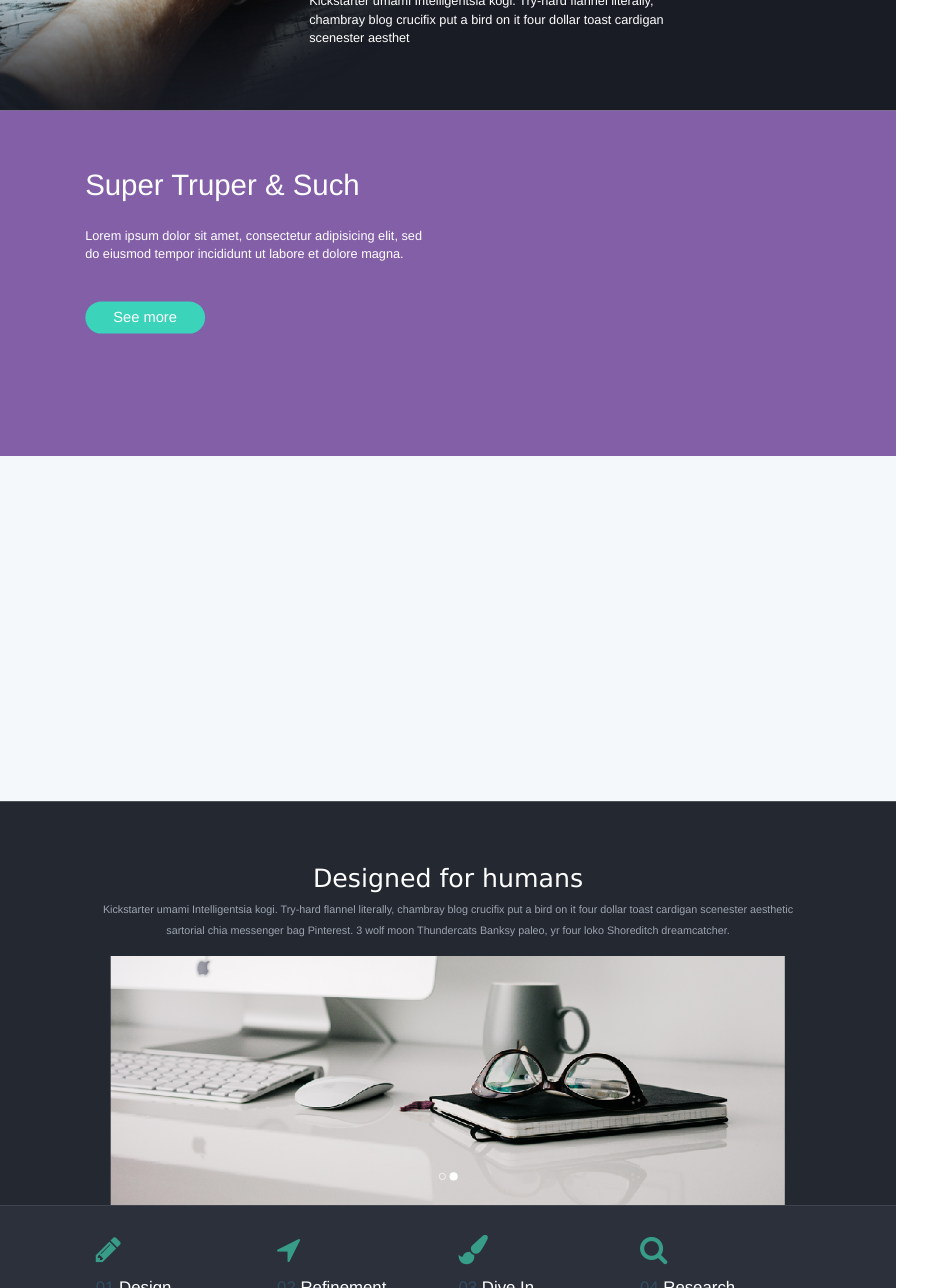
Repository: KatarzynaOwczarska/Tork
Page: Tork/WebContent/index.html
These files come from the project's save history. The page is drawn as it stood at one moment and after the next save; the edit follows.
The browser window is 1280 px wide. The page is 1321 px wide, so the pictures cover 1321 px, including what lies to the right of the window. The pictures show the part of the page from y = 411 to 2251 px (the page is 4699 px tall), at 70% of full size.
Backgrounds fixed to the window are drawn as part of the page.

Above is the page before, as saved 2017-02-06 13:53:16.

### Tork/WebContent/index.html
<!DOCTYPE html>
<html>
<head>
	<meta charset="UTF-8">
	<title>Tork</title>
	<link rel="stylesheet" type="text/css" href="./css/bootstrap.min.css">
	<link rel="stylesheet" type="text/css" href="./css/style.css">
	<link rel="stylesheet" href="./css/font-awesome.min.css">
	<link rel="stylesheet" href="./css/animate.css" type="text/css">
	<script src="./js/jquery-3.1.1.min.js"></script>
	<script src="./js/bootstrap.min.js"></script>
	<script src="./js/jquery.viewportchecker.min.js"></script>
	<script src="./js/scrollreveal.min.js"></script>
</head>
<body>
<div class="container-fluid">
	<div class="row">
		<div id="zegarek" class="col-xs-12" >
				<header>
					<div class="col-xs-1">
						<span id="nav" class="fa fa-bars fa-2x" aria-hidden="true"></span>
					</div>
					<div class="col-xs-offset-1 col-xs-9 col-lg-offset-7 col-lg-3">
						<input id="search" type="search" placeholder="search">
						<button id="buy-it">Buy it</button>
					</div>
				</header>
			<div class="col-xs-12 col-sm-offset-4 col-sm-6">
				<h1 id="naglowek"> Building bulletproof <br>fucking apps</h1>
				<p id="napis"><br>Kickstarter umami Intelligentsia kogi. Try-hard flannel literally, chambray blog crucifix put a bird on it four dollar toast cardigan scenester aesthet</p>
			</div>
			<div data-animate="bounceInDown"id="telefon" class="col-md-offset-6 col-md-6 hidden-xs hidden-sm">
				<img src="./telefon.png" height="550" width="430">
			</div>
		</div>
	</div>
	<div id=fiolet class="row">
			<div  id="super" class="col-md-5 col-md-offset-1 col-xs-offset-2 col-xs-8">
				<h2 id="super-truper">Super Truper & Such</h2>
				<p id="napis2"><br>Lorem ipsum dolor sit amet, consectetur adipisicing elit, sed do eiusmod tempor incididunt ut labore et dolore magna.</p>
				<button id="przycisk">See more</button>
			</div>
	</div>
	<div id="trzy-kolumny" class="row">
			<div data-animate="fadeIn" class="col-xs-10 col-xs-offset-1">
				<div class="col-xs-12 col-md-4">
					<h2 id="design-features">Design & Features</h2>
					<br>
					<p id="design-features-p">Flannel ennui narwhal, craft beer twee Vice plaid authentic synth.</p>
					<br>
					<p id="miedzy-liniami">Kickstarter umami Intelligentsia kogi. Try-hard flannel literally, chambray blog crucifix put a bird on it four dollar toast cardigan scenester aesthetic sartorial chia messenger bag Pinterest.</p>
					<br>
					<button id="przycisk">See more</button>
				</div>
				<div class="col-xs-12 col-md-4">
					<h2 id="design-features">Design & Features</h2>
					<br>
					<p id="design-features-p">Flannel ennui narwhal, craft beer twee Vice plaid authentic synth.</p>
					<br>
					<p id="miedzy-liniami">Kickstarter umami Intelligentsia kogi. Try-hard flannel literally, chambray blog crucifix put a bird on it four dollar toast cardigan scenester aesthetic sartorial chia messenger bag Pinterest.</p>
					<br>
					<button id="przycisk">See more</button>
				</div>
				<div class="col-xs-12 col-md-4">
					<h2 id="design-features">Design & Features</h2>
					<br>
					<p id="design-features-p">Flannel ennui narwhal, craft beer twee Vice plaid authentic synth.</p>
					<br>
					<p id="miedzy-liniami">Kickstarter umami Intelligentsia kogi. Try-hard flannel literally, chambray blog crucifix put a bird on it four dollar toast cardigan scenester aesthetic sartorial chia messenger bag Pinterest.</p>
					<br>
					<button id="przycisk">See more</button>
				</div>
			</div>
	</div>
	<div id="czarny" class="row">
			<div class="col-xs-offset-1 col-xs-10">
				<h1 id="for-humans">Designed for humans</h1>
				<p id="wysrodkowany">Kickstarter umami Intelligentsia kogi. Try-hard flannel literally, chambray blog crucifix put a bird on it four dollar toast cardigan scenester aesthetic sartorial chia messenger bag Pinterest. 3 wolf moon Thundercats Banksy paleo, yr four loko Shoreditch dreamcatcher.</p>
				<div id="myCarousel" class="carousel slide" data-ride="carousel">
	 				<ol class="carousel-indicators">
					    <li data-target="#myCarousel" data-slide-to="0" class="active"></li>
					    <li data-target="#myCarousel" data-slide-to="1"></li>
					</ol>
	 				<div class="carousel-inner" role="listbox">
	      				<div class="item active">
	        				<img src="./rozowy-obrazek.png">
	        			</div>
	      				<div class="item">
	        				<img src="./komputer.png">
	      				</div>
	    			</div>
				</div>
			</div>
	</div>
	<div id="szary" class="row">
			<div id="margines-ikonki" class="col-xs-10 col-xs-offset-1">
				<div class="col-xs-12 col-md-3">
					<span id="ikonka" class="fa fa-pencil fa-3x" aria-hidden="true"></span>
					<h3>01<span id="span-kolor"> Design</span></h3>
					<br>
					<p id="napis-szary">Scenester PBR deep v jean shorts typewriter. Sustainable keytar Tumblr, authentic mustache locavore scenester gentrify meh banjo fanny pack health goth. Four dollar toast scenester XOXO crucifix, mumblecore banh mi yr cold-pressed Bushwick.</p>
					<p id="test"></p>
				</div>
				<div class="col-xs-12 col-md-3">
					<span id="ikonka" class="fa fa-location-arrow fa-3x" aria-hidden="true"></span>
					<h3>02<span id="span-kolor"> Refinement</span></h3>
					<br>
					<p id="napis-szary">Scenester PBR deep v jean shorts typewriter. Sustainable keytar Tumblr, authentic mustache locavore scenester gentrify meh banjo fanny pack health goth. Four dollar toast scenester XOXO crucifix, mumblecore banh mi yr cold-pressed Bushwick.</p>
				</div>
				<div class="col-xs-12 col-md-3">
					<span id="ikonka" class="fa fa-paint-brush fa-3x" aria-hidden="true"></span>
					<h3>03<span id="span-kolor"> Dive In</span></h3>
					<br>
					<p id="napis-szary">Scenester PBR deep v jean shorts typewriter. Sustainable keytar Tumblr, authentic mustache locavore scenester gentrify meh banjo fanny pack health goth. Four dollar toast scenester XOXO crucifix, mumblecore banh mi yr cold-pressed Bushwick.</p>
				</div>
				<div class="col-xs-12 col-md-3">
					<span id="ikonka" class="fa fa-search fa-3x" aria-hidden="true"></span>
					<h3>04<span id="span-kolor"> Research</span></h3>
					<br>
					<p id="napis-szary">Scenester PBR deep v jean shorts typewriter. Sustainable keytar Tumblr, authentic mustache locavore scenester gentrify meh banjo fanny pack health goth. Four dollar toast scenester XOXO crucifix, mumblecore banh mi yr cold-pressed Bushwick.</p>
				</div>
			</div>
	</div>
	<div id="szary-jasny" class="row">
			<div class="col-xs-12 col-md-4 col-md-offset-1">
				<h1 id="conectivity">Conectivity</h1>
				<p id="napis-zegarek">Flannel ennui narwhal, craft beer twee Vice plaid authentic synth Intelligentsia stumptown gluten-free drinking vinegar Schlitz mixtape.</p>
				<p id="napis-zegarek-maly">Kickstarter umami Intelligentsia kogi. Try-hard flannel literally, chambray blog crucifix put a bird on it four dollar toast cardigan scenester aesthetic sartorial chia messenger bag Pinterest.</p>
				<p id="test2"></p>
			</div>
			<div id="zegarek-czysty" class="col-xs-12 col-md-7"><img id="obrazek" src="./zegarek-czysty.png" height="500" width="788"></div>
	</div>
	<div id="filmik" class="row">
			<div id="padding-telefon" class="col-xs-12 col-md-offset-1 col-md-4"><img src="./telefon-reka.png" height="400" width="500"></div>
			<div id="obok-filmu" class="col-md-7 col-xs-12">
				<div class="col-xs-9 col-xs-offset-1">
					<p id="data">12th June 2015</p>
					<p id="lorem-ipsum">Lorem ipsum dolor sit amet, cotur adipisicing elit sed do eiusmod tempor incididunt ut labore et dolore</p>
				</div>
			</div>
			<div id="komentarze" class="col-xs-12 col-md-4 col-md-offset-1">
				<div class="col-md-11 col-xs-10 col-xs-offset-1">
					<h2>Lorem ipsum dolor sit amet, consectetur adipisicing elit</h2>
					<p>Lorem ipsum dolor sit amet, consectetur adipisicing elit, sed do eiusmod tempor incididunt ut labore et dolore magna aliqua. Ut enim ad minim veniam, quis nostrud exercitation ullamco</p>
					<button id="przycisk" class="visible-xs visible-sm">Read more</button>
				</div>
			</div>
			<div id="telefony" class="col-md-5 hidden-xs hidden-sm"></div>
	</div>
	<div id="reka" class="row">
		<div id="fioletowy-napis" class="col-xs-12 col-md-5">
			<p>Ut enim ad minim veniam, quis nostrud exercitation ullamco laboris. Nisi ut aliquip ex ea commodo.</p>
		</div>
	</div>
	<div id="stopka" class="row">
			<div id="margines" class="col-xs-12 col-md-5 col-md-offset-1">
				<p>Get in touch</p><br>
				<p id="napis-szary">Lorem ipsum dolor sit amet, consectetur adipisicing elit, sed do eiusmod tempor incididunt ut labore et dolore magna aliqua. Ut enim ad minim veniam, quis nostrud exercitation ullamco laboris nisi ut aliquip ex ea commodo consequat.</p>
			</div>
			<div id="margines" class="col-xs-12 col-md-5 col-md-offset-1">
				<p>Stay in touch</p>
				<form action="#" class="form-inline">
					<div class="form-group">
						<div class="input-group">
							<div><input id="pole" type="email" placeholder="Enter your email" class="form-control"></div>
							<div id="submit" class="input-group-addon"><button id="submit" type="submit" value=""><span class="fa fa-check fa-3x"></span></button></div>
						</div>
					</div>
				</form>
				<p id="pod-polem">Lorem ipsum dolor sit amet, consectetur adipisicing elit, <br>sed do eiusmod tempor incididunt ut labore et dolor</p>
			</div>
			<div id="linki" class="col-xs-12 col-md-5 col-md-offset-1">
					<div class="col-xs-4">
						<p>Resources</p>
						<a>Tour</a><br>
						<a>Customers</a><br>
						<a>Pricing and Plans</a><br>
						<a>New Features</a><br>
						<a>Education</a>
					</div>
					<div class="col-xs-4">
						<p>Features</p>
						<a>Tour</a><br>
						<a>Customers</a><br>
						<a>Pricing and Plans</a><br>
						<a>New Features</a><br>
						<a>Education</a>
					</div>
					<div class="col-xs-4">
						<p>How to</p>
						<a>Tour</a><br>
						<a>Customers</a><br>
						<a>Pricing and Plans</a><br>
						<a>New Features</a><br>
						<a>Education</a>
					</div>
				</div>
		</div>
	</div>
	<div id="podpis" class="row">
			<div id="footer" class="col-xs-12">
				<h4  data-animate="fadeInLeft">Made with <i id="serduszko" class="fa fa-heart" aria-hidden="true"></i> by <span id="kasia">Katarzyna Owczarska</span> Jan 2017.</h4>
			</div>
	</div>
	<script>
		$(document).ready(function(){
			$('*[data-animate]').addClass('ukryj').each(function(){
      			$(this).viewportChecker({
        			classToAdd: 'show animated ' + $(this).data('animate'),
        			classToRemove: 'ukryj',
        			offset: '5%'
      			});
    		});
		});

		function check() {
			var scrollPos = controller.info("scrollPos");
			document.getElementById("test").innerHTML = scrollPos;
		}
	</script>
	<script>
    	window.sr = ScrollReveal();
    	sr.reveal('#telefony', {
        	reset: true,
        	delay: 500,
        	distance: 0
    	});
    	sr.reveal('#padding-telefon', {
        	reset: true,
        	delay: 500,
        	distance: 0
    	});
    	sr.reveal('#zegarek-czysty', {
        	reset: true,
        	delay: 500,
        	distance: 0
    	});
    	sr.reveal('#fioletowy-napis', {
        	duration: 1000,
        	delay: 500,
        	easing: 'linear',
    	});
</script>
</body>
</html>

### Tork/WebContent/css/style.css
@CHARSET "UTF-8";

.container-fluid {
	padding: 0px 0px 0px 0px;
}

.row {
	margin: 0px 0px 0px 0px;
}

header {
	height: 70px;
	background-color: transparent;
  	background-color: rgba(25, 28, 36, 0.5);  /* FF3+, Saf3+, Opera 10.10+, Chrome, IE9 */
  	filter: progid:DXImageTransform.Microsoft.gradient(startColorstr=#3332FA32,endColorstr=#3332FA32); /* IE6&#8211;IE9 */
  	zoom: 1;
  	width: 100%;
}

#search {
	background-color: rgb(45,60,66);
	margin-top: 1em;
	border-radius: 50px;
	text-indent: 10px;
	height: 30px;
	width: 200px;
	border: none;
}

#buy-it {
	border-radius: 50px;
	width: 60px;
	height: 30px;
	background-color: rgb(131,95,168);
	color: white;
	border: none;
	margin-left: 1.5em;
}

#nav {
	color: white;
	margin-left: 0.5em;
	margin-top: 0.5em;
}

#zegarek {
	background-color: rgb(25,28,36);
	background-image: url("../zegarek.png");
	background-size: 60% 120%;
	background-repeat: no-repeat;
	background-attachment: fixed;
	padding-right: 0px;
    padding-left: 0px;
}

#telefon {
	position: absolute;
	top: 90%;
}

#naglowek {
	color: white;
	font-size: 5em;
	font-weight: 100;
	margin-top: 2em;
}

#napis {
	color: white;
	font-size: 1.3em;
	margin-right: 5em;
	margin-bottom:5em;
}

#napis2 {
	color: white;
	font-size: 1.3em;
	margin-bottom:3em;
}

#fiolet {
	background-color: rgb(131,95,168);
}

#super-truper {
	color: white;
	margin-top: 2em;
	font-size: 3em;
}

#super {
	margin-bottom: 9.5em;
}

#przycisk {
	border-radius: 50px;
	background-color: rgb(59,211,186);
	border: none;
	padding: 8px 40px;
	color: white;
	font-size: 1.5em;
	margin-bottom: 2em;
	transition-duration:0.5s;
}

#przycisk:hover {
	background-color: rgb(0,188,212);
}

#trzy-kolumny {
	background-color: rgb(244,248,251);
}

#design-features {
	color: rgb(86,86,86);
	margin-top: 3em;
	font-size: 2em;

}

#design-features-p {
	color: rgb(126,126,126);
	font-size: 1.5em;
	font-weight: 100;
	font-family: Arial, Helvetica, sans-serif;
}

#miedzy-liniami {
	line-height: 200%;
	font-family: Verdana, Geneva, sans-serif;
}

#czarny {
	background-color: rgb(35,40,49);
}


#for-humans {
	color: white;
	font-family: Verdana, Geneva, sans-serif;
	text-align: center;
	margin-top: 2.5em;
}

#wysrodkowany {
	color: rgb(157,165,176);
	text-align: center;
	font-size: 1.1em;
	line-height: 200%;
}

.carousel-inner > .item > img,
  .carousel-inner > .item > a > img {
      margin: auto;
      margin-top: 1%;
}

#szary {
	background-color: rgb(43,48,59);
}

#szary h3 {
	color:rgb(51,77,96);
}

#span-kolor {
	color: white;
}

#napis-szary {
	line-height: 200%;
	color: rgb(157,165,176);
}

#margines {
	margin-bottom: 5em;
	margin-top: 1.7em;
}

#ikonka {
	color: rgb(55,156,136);
}

#szary-jasny {
	background-color: rgb(233,238,241);
}

#napis-zegarek {
	color: rgb(117,122,134);
	font-size: 1.2em;
	margin-top: 2em;
	margin-bottom: 2em;
	line-height: 200%;
}

#napis-zegarek-maly {
	line-height: 200%;
}

#conectivity {
	margin-left: 0.5em;
	margin-top: 2.5em;
}

#filmik {
	height: 700px;
	background-color: rgb(244,248,251);
}

#padding-telefon {
	padding: 0px 0px 0px 0px;
}

#zegarek-czysty {
	padding: 0px 0px 0px 0px;
}

#obok-filmu {
	background-color: rgb(131,95,168);
	height: 400px;
	padding: 0px 0px 0px 0px;
}

#data {
	margin-top: 5em;
	color: white;
	font-style: italic;
}

#lorem-ipsum {
	color: white;
	font-style: italic;
	font-size: 2em;
	font-weight: 100;
	font-family: Arial, Helvetica, sans-serif;
}

#komentarze {
	background-color: white;
}

#komentarze h2 {
	font-size: 1.5em;
	margin-top: 2em;
}

#komentarze p {
	margin-top: 1.5em;
	margin-bottom: 8em;
	color: rgb(131,150,162);
}

#telefony {
	background-image: url("../telefony.jpg");
	background-repeat: no-repeat;
	height: 43%;
}

#reka {
	background-color: black;
	background-image: url("../dlugopis.png");
	background-size: 100% 120%;
	background-repeat: no-repeat;
}

#reka div {
	background-color: rgb(131,95,168);
	height: 400px;
	opacity: 0.8;
}


#reka p {
	font-size: 2em;
	font-style: italic;
	color: white;
	margin-top: 4em;
	margin-left: 2em;
}

#stopka {
	background-color: rgb(38,50,56);
	color: white;
}

#margines {
	margin-top: 5em;
	margin-bottom: 0px;
}

#margines-ikonki {
	margin-top: 3em;
	margin-bottom: 3em;
}

#linki {
	margin-bottom: 2em;
}

#linki p {
	font-weight: bold;
	font-size: 13px;
}

#linki a {
	color: white;
	font-size: 12px;
	line-height: 200%;
}

#linki a:hover {
	text-decoration: none;
	cursor: pointer;
}

#pole {
	border: none;
	color: black;
	background-color: rgb(246,247,250);
	text-indent: 10px;
	width: 25em;
	height: 5em;
}

#pole:focus {
	color: black;
}

#submit {
	border: none;
	width: 5em;
	background-color: rgb(131,95,168);
	color: white;
}

#pod-polem {
	margin-top: 1.5em;
	line-height: 200%;
}

#podpis {
	background-color: rgb(23,29,32);
	color: white;
}

#footer {
	margin: 20px 0px 35px 0px;
	text-align: center;
}

#odstep-d {
	height: 500px;
	background-color: grey;

}

.ukryj{
	opacity:0
}

.show {
	opacity: 1;
}

#serduszko {
	color: red;
}

#kasia {
	color: rgb(131,95,168);
}

@media only screen and (max-width: 991px) {
	#super {
		text-align: center;

	}
}

@media only screen and (max-width: 991px) {
	#super-truper {
		margin-top: 2.5em;

	}
}

@media only screen and (max-width: 768px) {
	#naglowek {
		margin-top: 0.5em;

	}

	#zegarek {
		background-size: 100% 120%;
	}

	#obrazek {
		width: 100%;
	}
}

Loaded but not shown: Tork/WebContent/css/bootstrap.min.css (library); Tork/WebContent/css/font-awesome.min.css (library); Tork/WebContent/css/animate.css (library); Tork/WebContent/js/jquery-3.1.1.min.js (library); Tork/WebContent/js/bootstrap.min.js (library); Tork/WebContent/js/jquery.viewportchecker.min.js (common file); Tork/WebContent/js/scrollreveal.min.js (library)

After the next save:
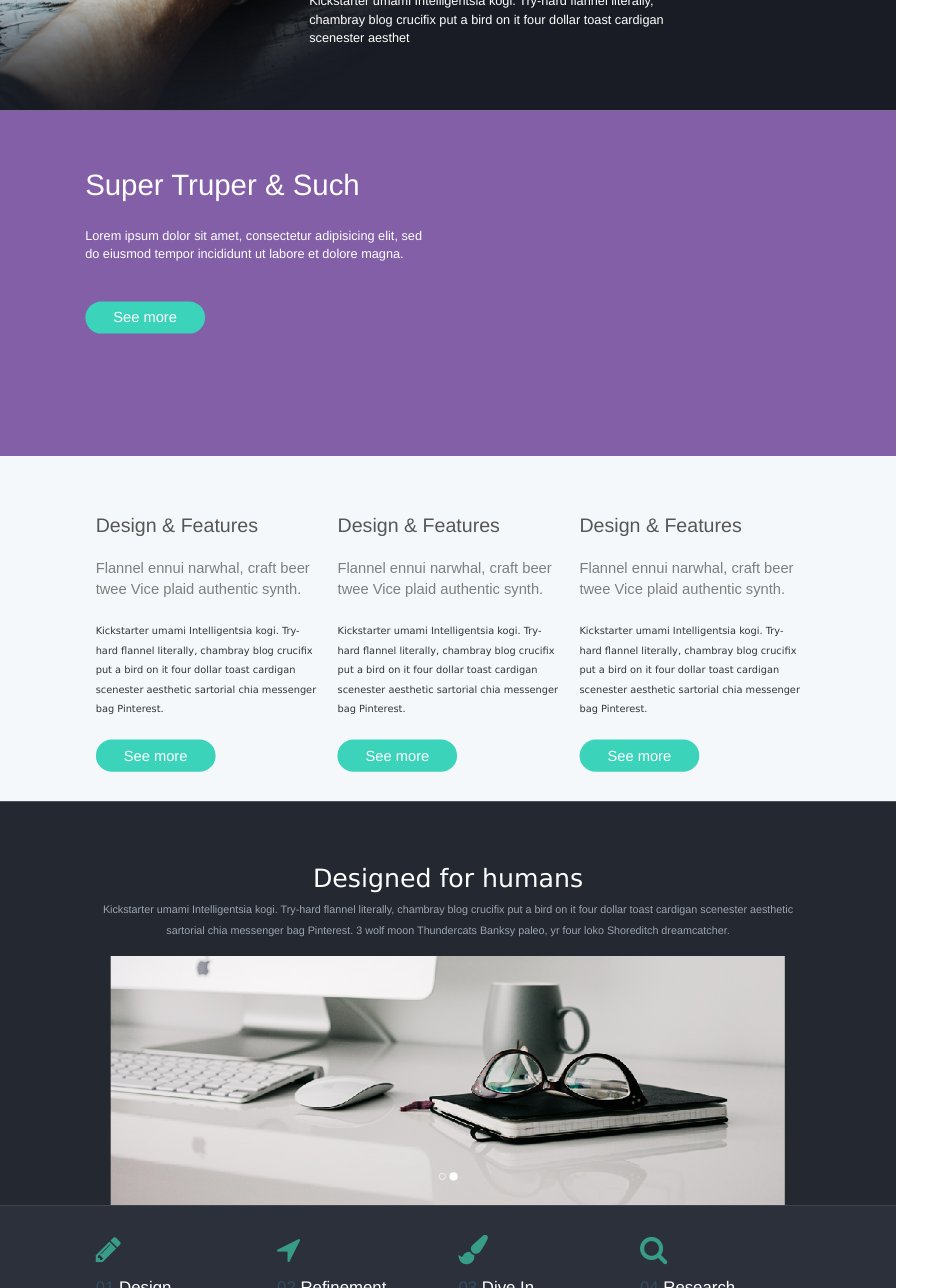
Saved 82 s later.
--- a/Tork/WebContent/index.html
+++ b/Tork/WebContent/index.html
@@ -42,7 +42,7 @@
 			</div>
 	</div>
 	<div id="trzy-kolumny" class="row">
-			<div data-animate="fadeIn" class="col-xs-10 col-xs-offset-1">
+			<div class="col-xs-10 col-xs-offset-1">
 				<div class="col-xs-12 col-md-4">
 					<h2 id="design-features">Design & Features</h2>
 					<br>
@@ -240,6 +240,11 @@
         	delay: 500,
         	easing: 'linear',
     	});
+    	sr.reveal('#trzy-kolumny', {
+        	duration: 1000,
+        	delay: 500,
+        	easing: 'linear',
+    	});
 </script>
 </body>
 </html>
